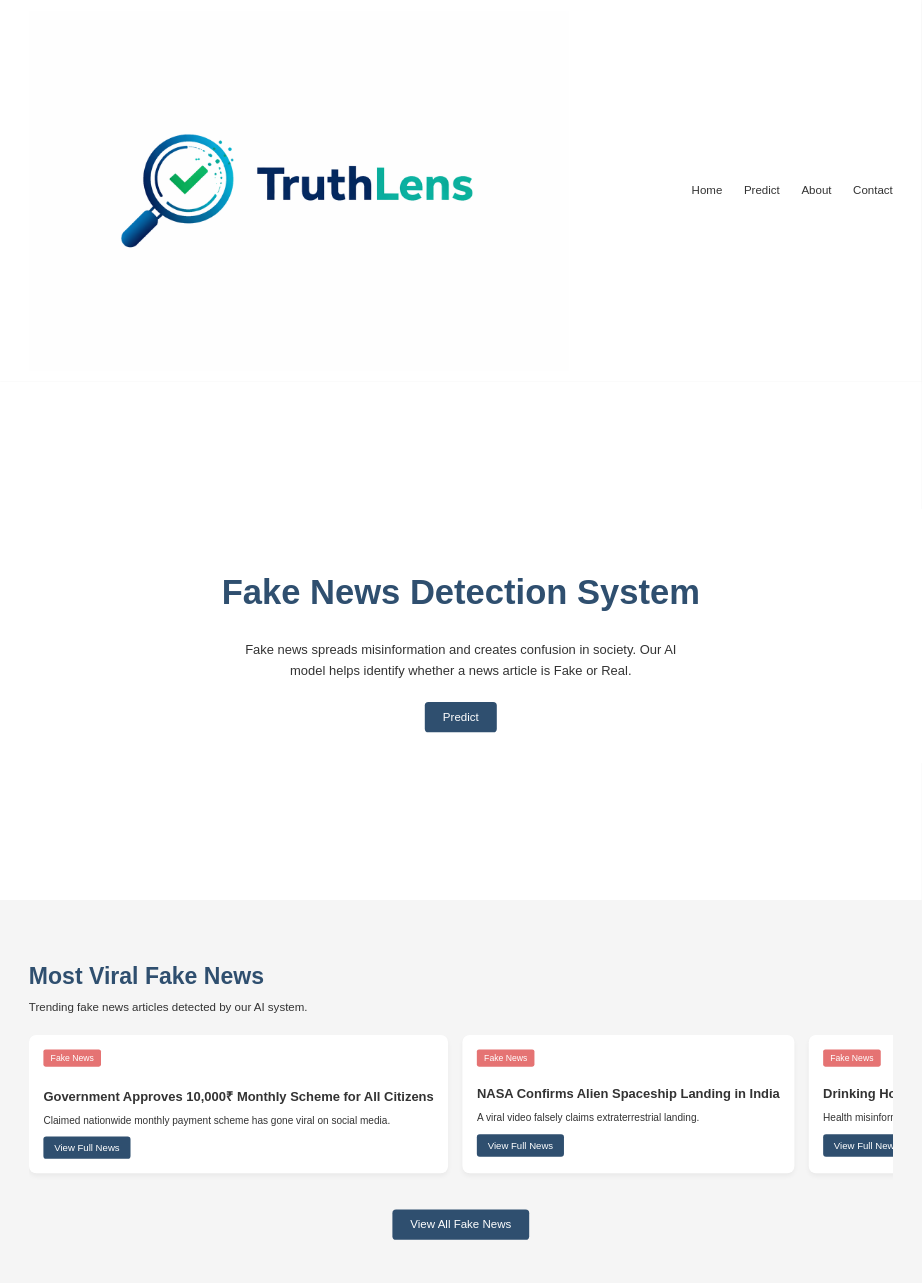
Repository: asadpathan2002-bot/Sprint1
Page: frontend/home.html
An editor plug-in stored every save of this project. The page is shown before and after the next save, followed by the edit.
The browser window is 1280 px wide. The pictures show the whole page, at 72% of full size.

Above is the page before, as saved 2026-02-22 23:10:17.

### frontend/home.html
<!DOCTYPE html>
<html lang="en">
<head>
<meta charset="UTF-8">
<meta name="viewport" content="width=device-width, initial-scale=1.0">
<title>Fake News Detection System</title>
<style>

/* Navbar */

.navbar {
    display: flex;
    justify-content: space-between;
    align-items: center;
    padding: 15px 50px;
    background-color: #f5f5f5; /* Pale Gray */
}

.logo-container {
    display: flex;
    align-items: center;
}

.logo {
    height: 500px;
    margin-right: 10px;
}

.logo-text {
    font-size: 20px;
    font-weight: bold;
    color: #2f4f6f; /* Dusty Blue */
}

.nav-links {
    list-style: none;
    display: flex;
    gap: 25px;
}

.nav-links a {
    text-decoration: none;
    color: #2f4f6f;
    font-weight: 500;
}

.navbar {
    background-color: #FFFFFF;
    padding: 15px 40px;
    display: flex;
    justify-content: space-between;
    align-items: center;
    box-shadow: 0 2px 5px rgba(0,0,0,0.05);
}

.logo {
    font-size: 20px;
    font-weight: bold;
    color: #2F4F6F;
}

.nav-links {
    list-style: none;
    display: flex;
    gap: 30px;
    margin: 0;
    padding: 0;
}

.nav-links li a {
    text-decoration: none;
    color: #333;
    font-weight: 500;
}

.nav-links li a:hover {
    color: #2F4F6F;
}


* {
    box-sizing: border-box;
}

body {
    margin: 0;
    font-family: Arial, sans-serif;
    background-color: #F5F5F5; /* Pale Gray */
    color: #333;
}

/* Hero Section */
.hero {
    min-height: 100vh;
    background-color: #FFFFFF; /* Off White */
    display: flex;
    flex-direction: column;
    justify-content: center;
    align-items: center;
    text-align: center;
    padding: 40px 20px;
}

.hero h1 {
    font-size: 48px;
    margin-bottom: 20px;
    color: #2F4F6F; /* Dusty Blue */
}

.hero p {
    max-width: 600px;
    font-size: 18px;
    margin-bottom: 30px;
    line-height: 1.6;
}

.hero button {
    padding: 12px 25px;
    font-size: 16px;
    border: none;
    background-color: #2F4F6F;
    color: white;
    border-radius: 5px;
    cursor: pointer;
}

.hero button:hover {
    background-color: #1f3a50;
}

/* Section */
.section {
    padding: 60px 40px;
}

.section h2 {
    font-size: 32px;
    margin-bottom: 10px;
    color: #2F4F6F;
}

.section p {
    margin-bottom: 30px;
}

/* Horizontal Scroll */
.card-container {
    display: flex;
    gap: 20px;
    overflow-x: auto;
    scroll-behavior: smooth;
    padding-bottom: 10px;
}

.card-container::-webkit-scrollbar {
    display: none;
}

/* Card */
.card {
    min-width: 300px;
    background: #FFFFFF;
    border-radius: 10px;
    padding: 20px;
    box-shadow: 0 4px 8px rgba(0,0,0,0.05);
    flex-shrink: 0;
}

.tag {
    background-color: #E57373;
    color: white;
    padding: 5px 10px;
    border-radius: 3px;
    font-size: 12px;
    display: inline-block;
    margin-bottom: 10px;
}

.card h3 {
    font-size: 18px;
    margin-bottom: 10px;
}

.card p {
    font-size: 14px;
    margin-bottom: 15px;
}

.card button {
    background-color: #2F4F6F;
    color: white;
    border: none;
    padding: 8px 15px;
    border-radius: 4px;
    cursor: pointer;
}

.view-all {
    margin-top: 40px;
    text-align: center;
}

.view-all button {
    padding: 12px 25px;
    font-size: 16px;
    border: none;
    background-color: #2F4F6F;
    color: white;
    border-radius: 5px;
    cursor: pointer;
}

/* ===================== */
/* RESPONSIVE DESIGN */
/* ===================== */

/* Tablets */
@media (max-width: 1024px) {
    .hero h1 {
        font-size: 36px;
    }

    .hero p {
        font-size: 16px;
    }

    .section {
        padding: 50px 25px;
    }
}

/* Mobile */
@media (max-width: 768px) {

    .hero {
        padding: 60px 15px;
    }

    .hero h1 {
        font-size: 28px;
    }

    .hero p {
        font-size: 15px;
    }

    .section {
        padding: 40px 15px;
    }

    .section h2 {
        font-size: 24px;
    }

    .card {
        min-width: 250px;
        padding: 15px;
    }

    .card h3 {
        font-size: 16px;
    }

    .card p {
        font-size: 13px;
    }

    .hero button,
    .view-all button {
        width: 100%;
        max-width: 250px;
    }
}

/* Small Mobile */
@media (max-width: 480px) {
    .hero h1 {
        font-size: 22px;
    }

    .hero p {
        font-size: 14px;
    }

    .card {
        min-width: 220px;
    }
}

</style>
</head>

<body>

<!-- Navigation Bar -->
<nav class="navbar">
    <img src="logo.png" alt="TruthLens Logo" class="logo">

    <ul class="nav-links">
        <li><a href="index.html">Home</a></li>
        <li><a href="predict.html">Predict</a></li>
        <li><a href="about.html">About</a></li>
        <li><a href="contact.html">Contact</a></li>
    </ul>
</nav>

<!-- Hero Section -->
<div class="hero">
    <h1>Fake News Detection System</h1>
    <p>
        Fake news spreads misinformation and creates confusion in society.
        Our AI model helps identify whether a news article is Fake or Real.
    </p>
    <button onclick="window.location.href='predict.html'">
        Predict
    </button>
</div>

<!-- Most Viral Fake News Section -->
<div class="section">
    <h2>Most Viral Fake News</h2>
    <p>Trending fake news articles detected by our AI system.</p>

    <div class="card-container">

        <div class="card">
            <span class="tag">Fake News</span>
            <h3>Government Approves 10,000₹ Monthly Scheme for All Citizens</h3>
            <p>Claimed nationwide monthly payment scheme has gone viral on social media.</p>
            <button>View Full News</button>
        </div>

        <div class="card">
            <span class="tag">Fake News</span>
            <h3>NASA Confirms Alien Spaceship Landing in India</h3>
            <p>A viral video falsely claims extraterrestrial landing.</p>
            <button>View Full News</button>
        </div>

        <div class="card">
            <span class="tag">Fake News</span>
            <h3>Drinking Hot Water Cures All Diseases</h3>
            <p>Health misinformation spreading rapidly online.</p>
            <button>View Full News</button>
        </div>

        <div class="card">
            <span class="tag">Fake News</span>
            <h3>Bank Accounts Will Close If KYC Not Done Today</h3>
            <p>Fraud message circulating via WhatsApp groups.</p>
            <button>View Full News</button>
        </div>

        <div class="card">
            <span class="tag">Fake News</span>
            <h3>Free Laptops for All Students Announced</h3>
            <p>Fake government circular being shared online.</p>
            <button>View Full News</button>
        </div>

    </div>

    <div class="view-all">
        <button onclick="window.location.href='fake-news.html'">
            View All Fake News
        </button>
    </div>

</div>

</body>
</html>

After the next save:
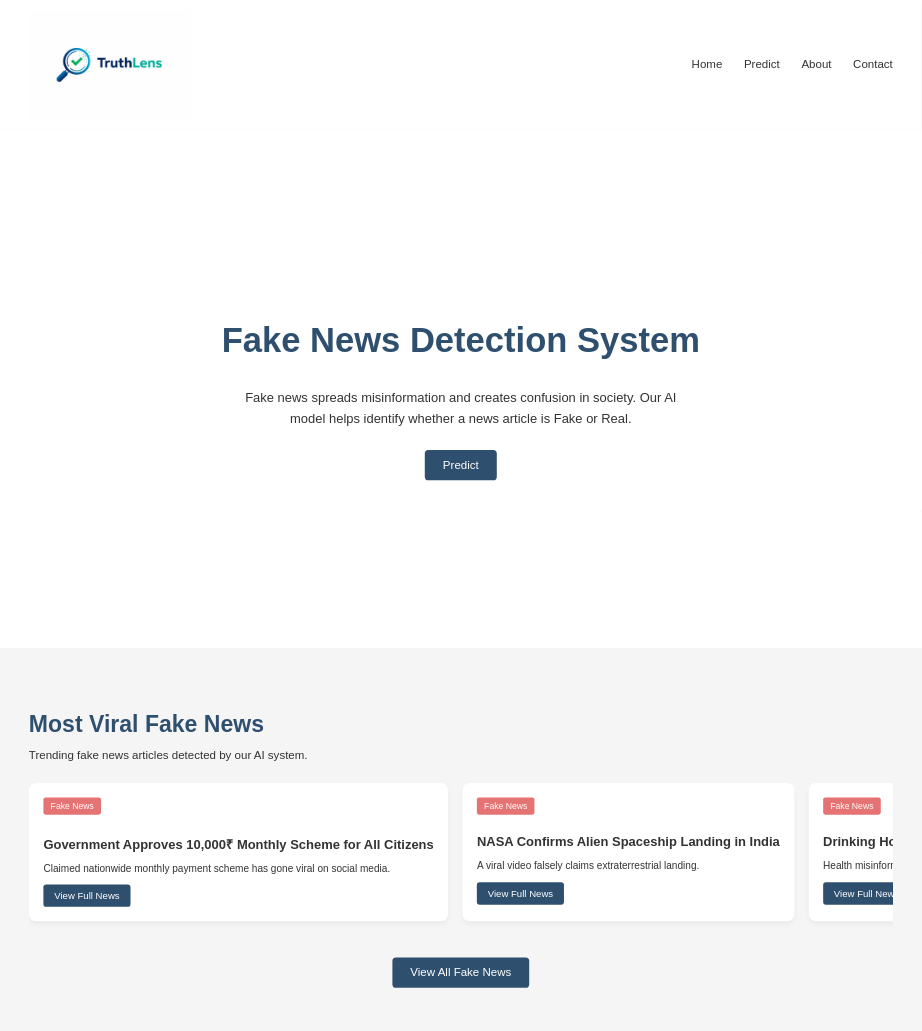
Saved 11 s later.
--- a/frontend/home.html
+++ b/frontend/home.html
@@ -22,7 +22,7 @@
 }
 
 .logo {
-    height: 500px;
+    height: 150px;
     margin-right: 10px;
 }
 
